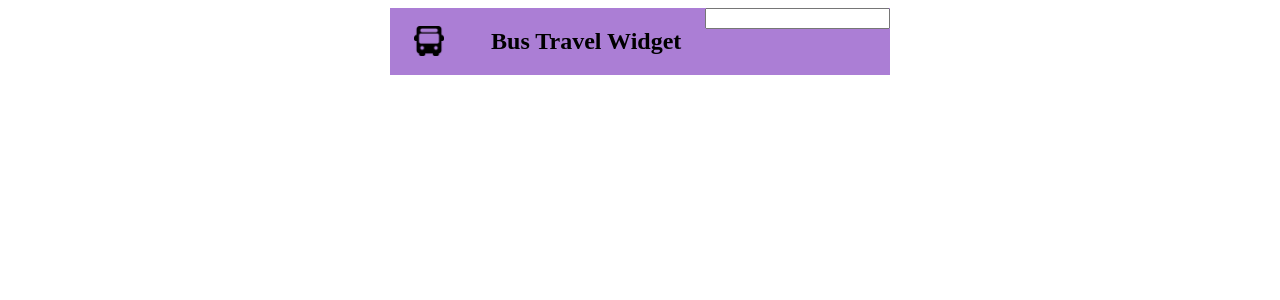
Repository: lasity34/bus_travel
Page: index.html
These files come from the project's save history. The page is drawn as it stood at one moment and after the next save; the edit follows.
The browser window is 1280 px wide. The pictures show the whole page.

Above is the page before, as saved 2023-05-31 09:43:52.

After the next save:
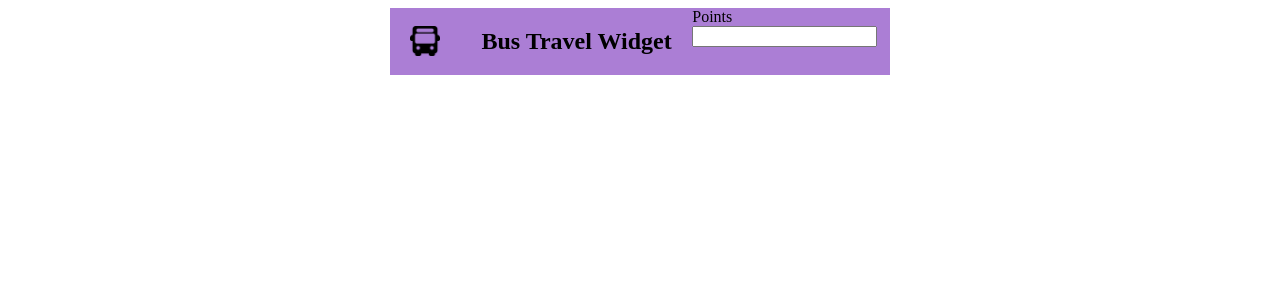
Saved 78 s later.
--- a/index.html
+++ b/index.html
@@ -15,8 +15,8 @@
         <img src="./images/bus.png" width="30" height="30"/>
         <h2>Bus Travel Widget</h2>
     </header>
-    <div>
-        <label for="points"></label>
+    <div class="points_container">
+        <label for="points">Points</label>
         <input type="number" name="points" id="points">
     </div>
     <script src="./bus_travel_factory.js"></script>
